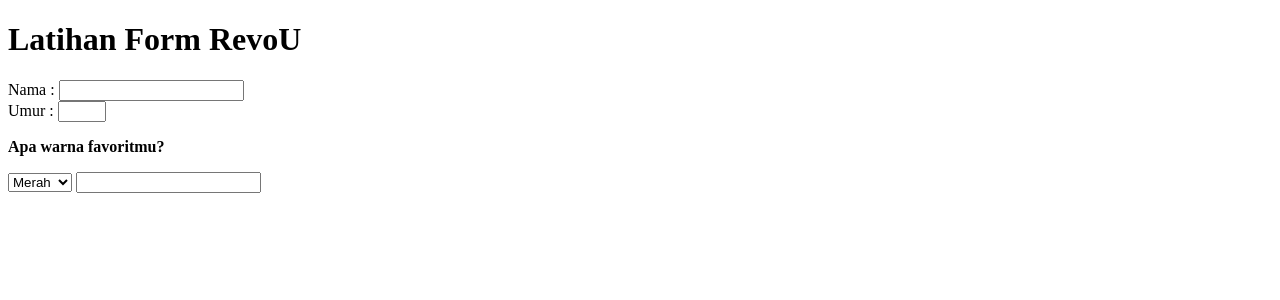
Repository: esramrsln/day2_RevoU
Page: form.html
An editor plug-in stored every save of this project. The page is shown before and after the next save, followed by the edit.
The browser window is 1280 px wide. The pictures show the whole page.

Above is the page before, as saved 2024-07-23 21:27:57.

After the next save:
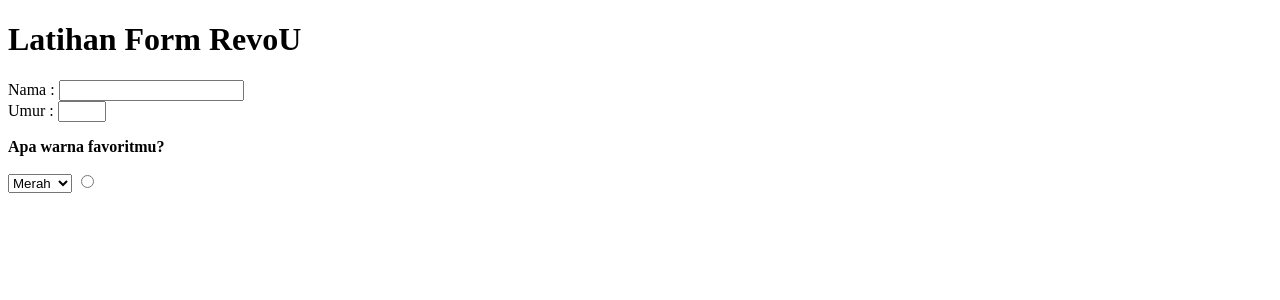
Saved 4 s later.
--- a/form.html
+++ b/form.html
@@ -19,7 +19,7 @@
             <option value="">Hijau</option>
         </select>
 
-        <input type="text" name="" id="">
+        <input type="radio" name="" id="">
     </form>
 </body>
 </html>
